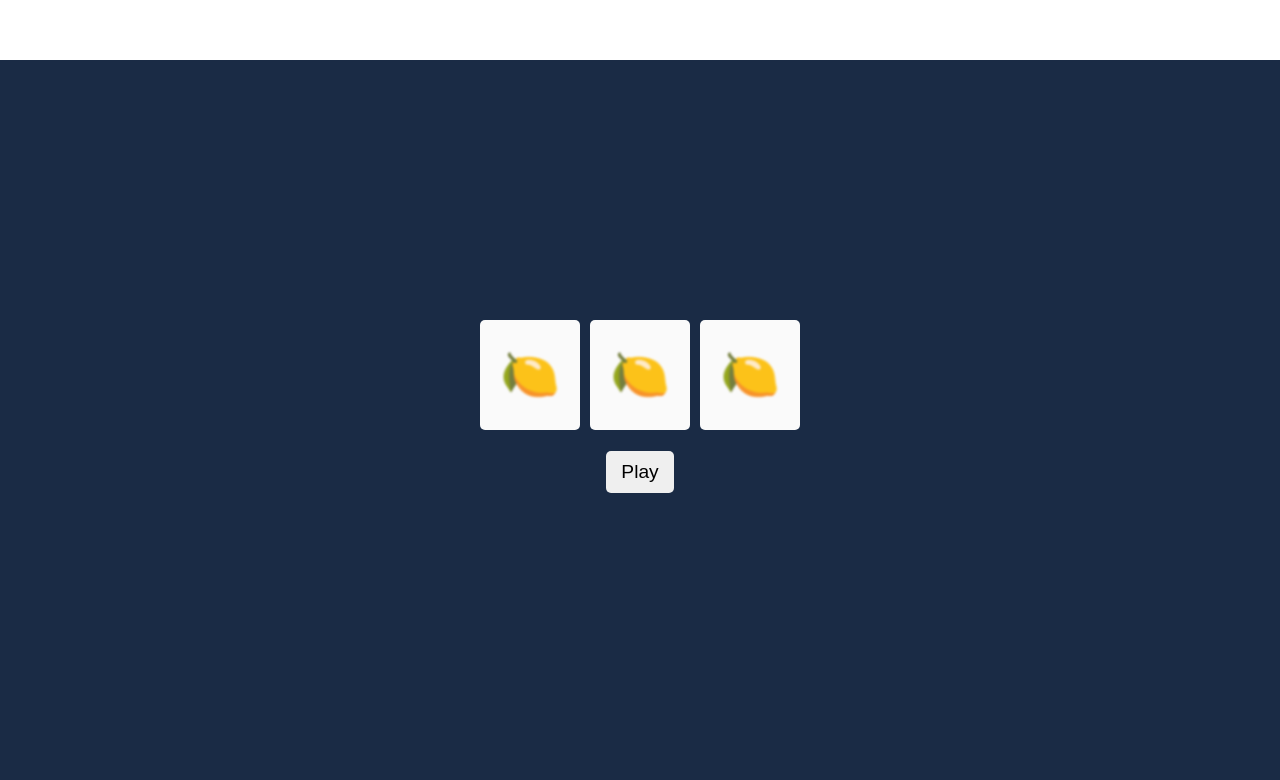
Repository: HERBOD7/slotmachine
Page: /
The author's editor kept a copy of each file at every save. The page is drawn from the files as they stood at one save, then again after the next save.
The browser window is 1280 px wide. The pictures show the whole page.
The project was rebuilt for these pictures with package versions that can differ from the ones it lists, and the page was loaded fresh each time. Also part of the build but not shown: vue.config.js.

Above is the page before, as saved 2023-07-22 23:48:46.

After the next save:
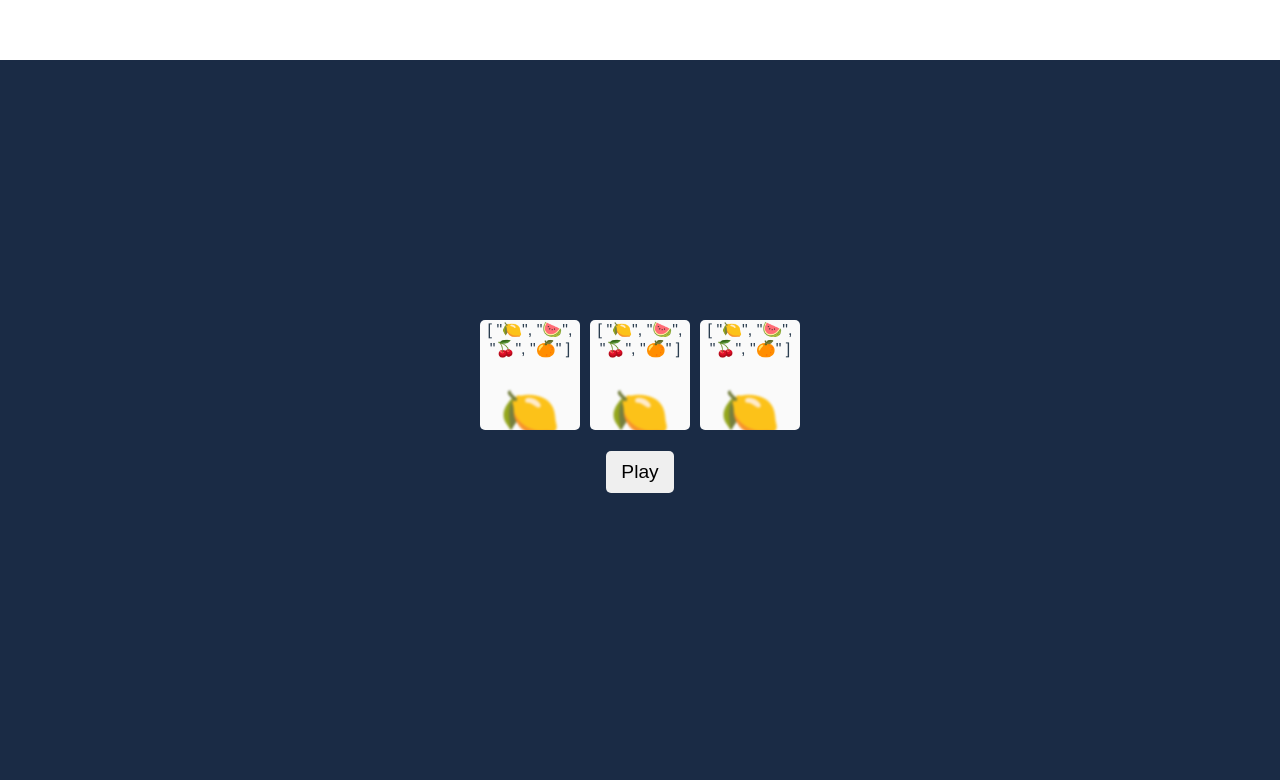
Saved 33 s later.
--- a/src/App.vue
+++ b/src/App.vue
@@ -3,6 +3,7 @@
     <div class="doors">
       <div class="door" v-for="(symbol, _, i) in symbols" :key="i">
         <div class="boxes">
+          {{ symbol }}
           <div
             :class="['box', isShuffling ? 'animation' : 'blur']"
             v-for="(item, index) in symbol"

After the save that followed:
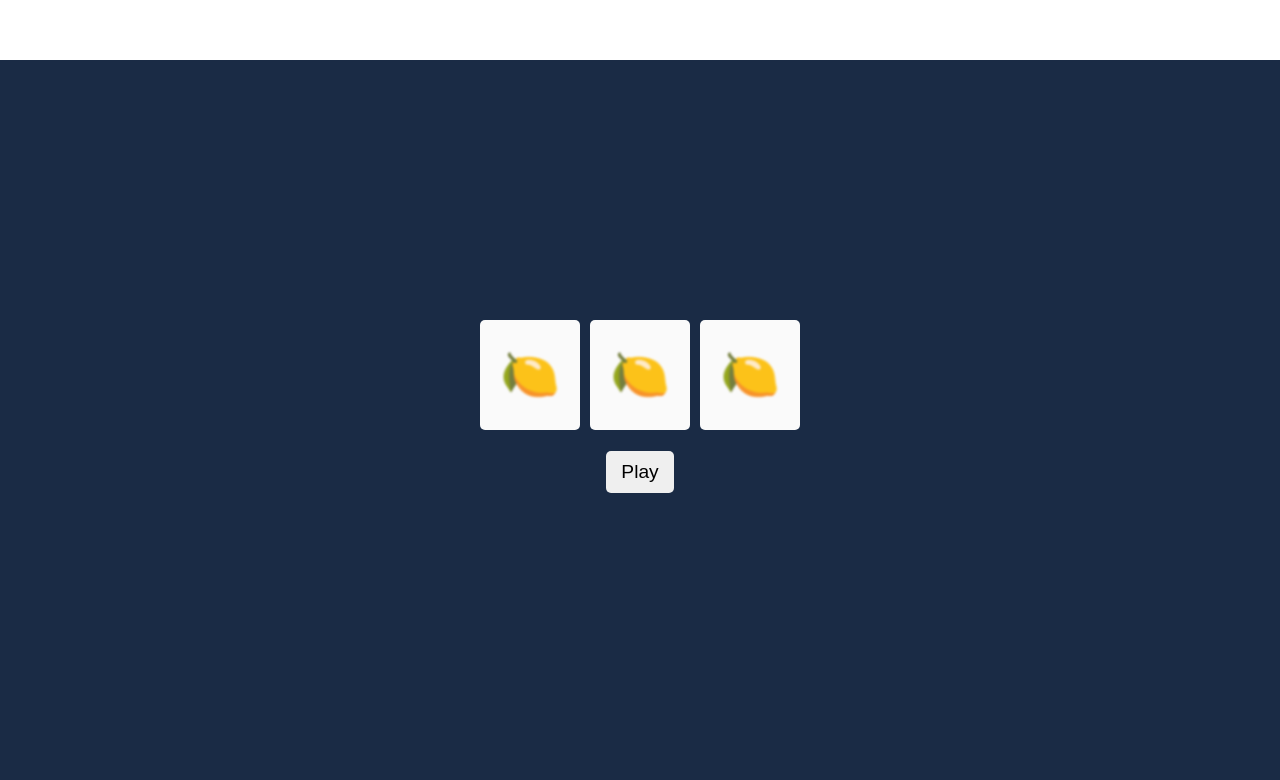
Saved 18 s later.
--- a/src/App.vue
+++ b/src/App.vue
@@ -3,7 +3,6 @@
     <div class="doors">
       <div class="door" v-for="(symbol, _, i) in symbols" :key="i">
         <div class="boxes">
-          {{ symbol }}
           <div
             :class="['box', isShuffling ? 'animation' : 'blur']"
             v-for="(item, index) in symbol"
